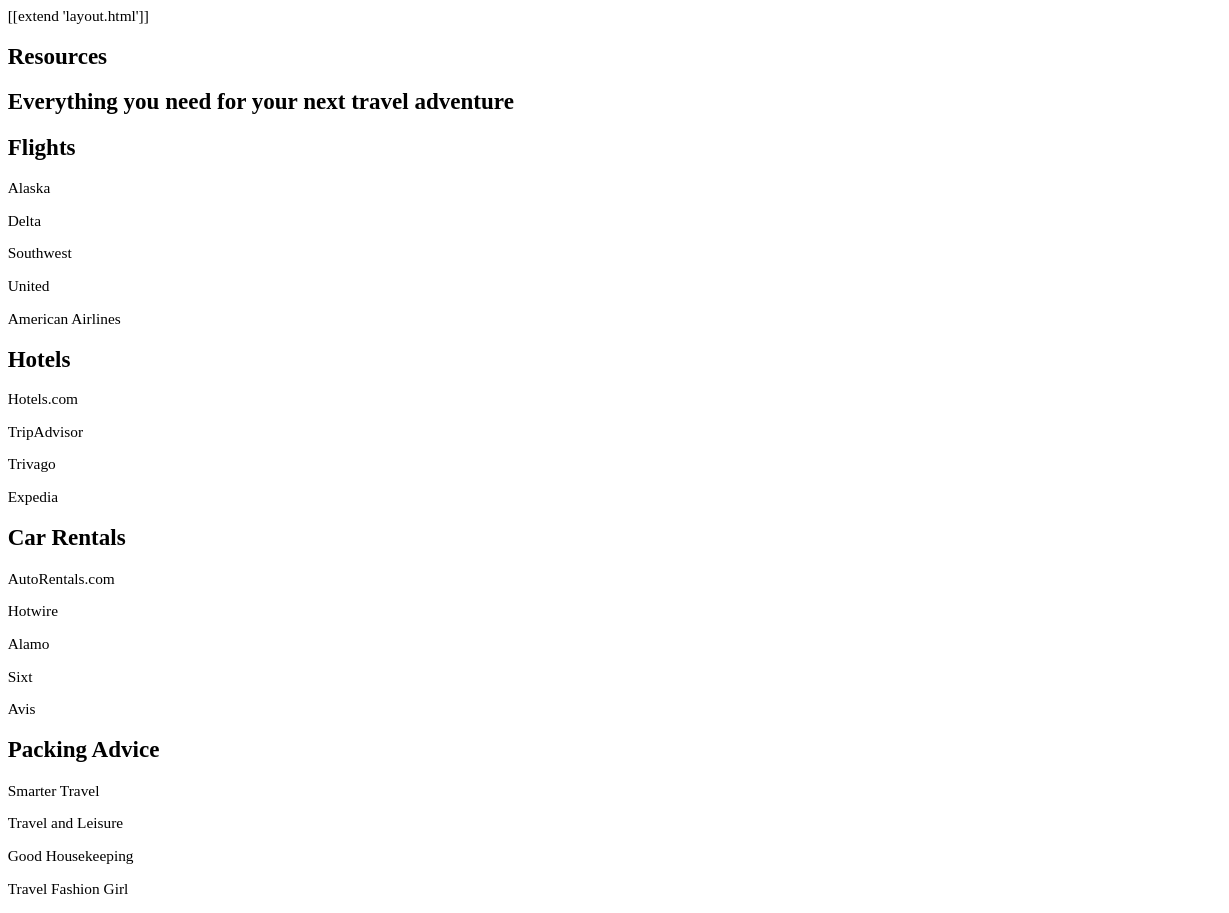
Repository: mreyeszaz/travel-tea-website
Page: templates/resources.html
The author's editor kept a copy of each file at every save. The page is drawn from the files as they stood at one save, then again after the next save.
The browser window is 1280 px wide. The pictures show the whole page, at 96% of full size.

Above is the page before, as saved 2021-05-29 22:51:11.

### templates/resources.html
[[extend 'layout.html']]

<section>
    <div class="section">
        <h1 class="title">Resources</h1>
        <h2 class="subtitle">Everything you need for your next travel adventure</h2>

        <div class="box">
            <h2 class="subtitle">Flights</h2>
            <a href="/about/about_team.htm"><p></p></a>
            <p> Alaska </p>
            <p> Delta </p>
            <p> Southwest </p>
            <p> United </p>
            <p> American Airlines </p>
        </div>

        <div class="box">
            <h2 class="subtitle">Hotels</h2>
            <p> Hotels.com </p>
            <p> TripAdvisor </p>
            <p> Trivago </p>
            <p> Expedia </p>
        </div>

        <div class="box">
            <h2 class="subtitle">Car Rentals</h2>
            <p> AutoRentals.com </p>
            <p> Hotwire </p>
            <p> Alamo </p>
            <p> Sixt </p>
            <p> Avis </p>
        </div>

        <div class="box">
            <h2 class="subtitle">Packing Advice</h2>
            <p> Smarter Travel </p>
            <p> Travel and Leisure </p>
            <p> Good Housekeeping </p>
            <p> Travel Fashion Girl </p>
        </div>
        <div></div>
    </div>
</section>

After the next save:
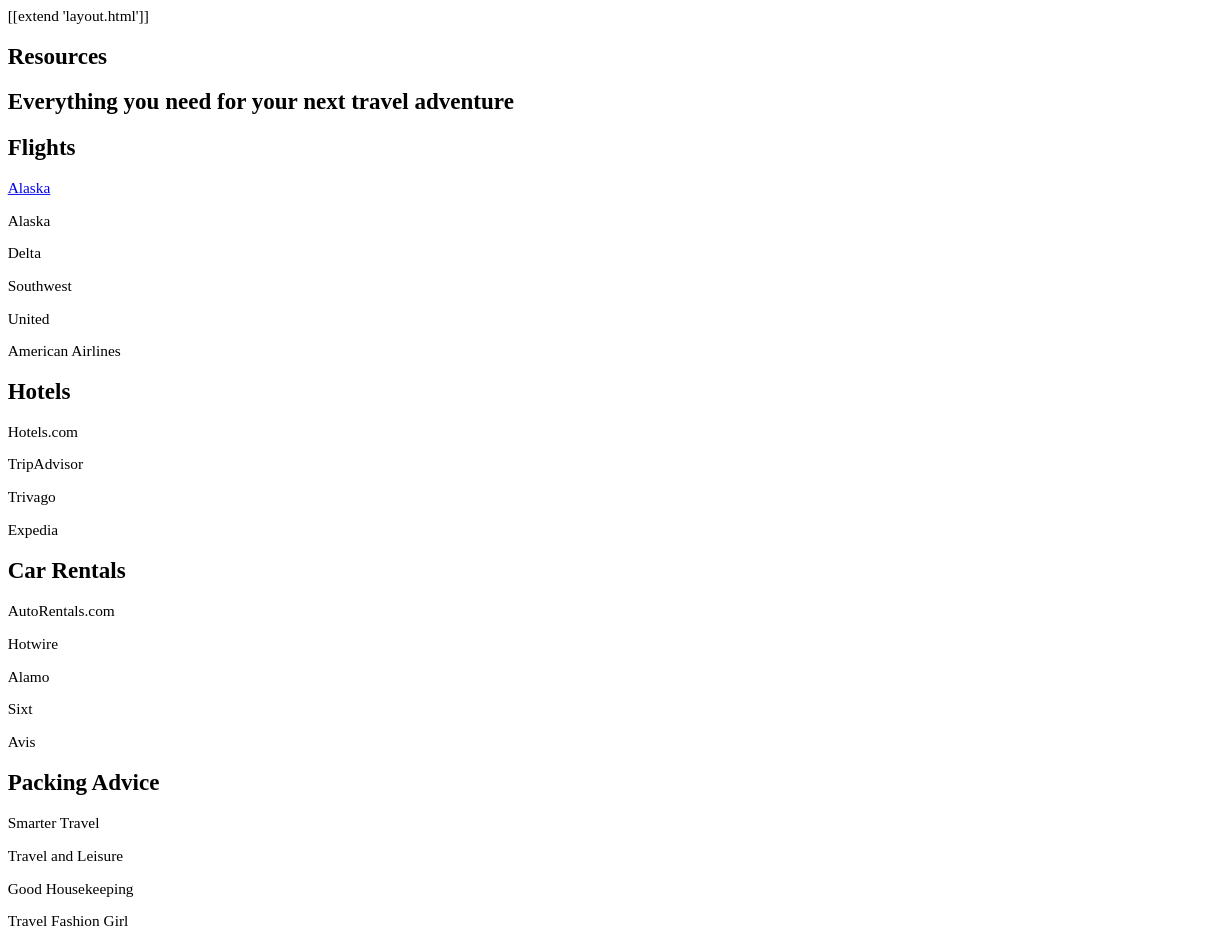
Saved 4 s later.
--- a/templates/resources.html
+++ b/templates/resources.html
@@ -7,7 +7,7 @@
 
         <div class="box">
             <h2 class="subtitle">Flights</h2>
-            <a href="/about/about_team.htm"><p></p></a>
+            <a href="/about/about_team.htm"><p>Alaska</p></a>
             <p> Alaska </p>
             <p> Delta </p>
             <p> Southwest </p>
